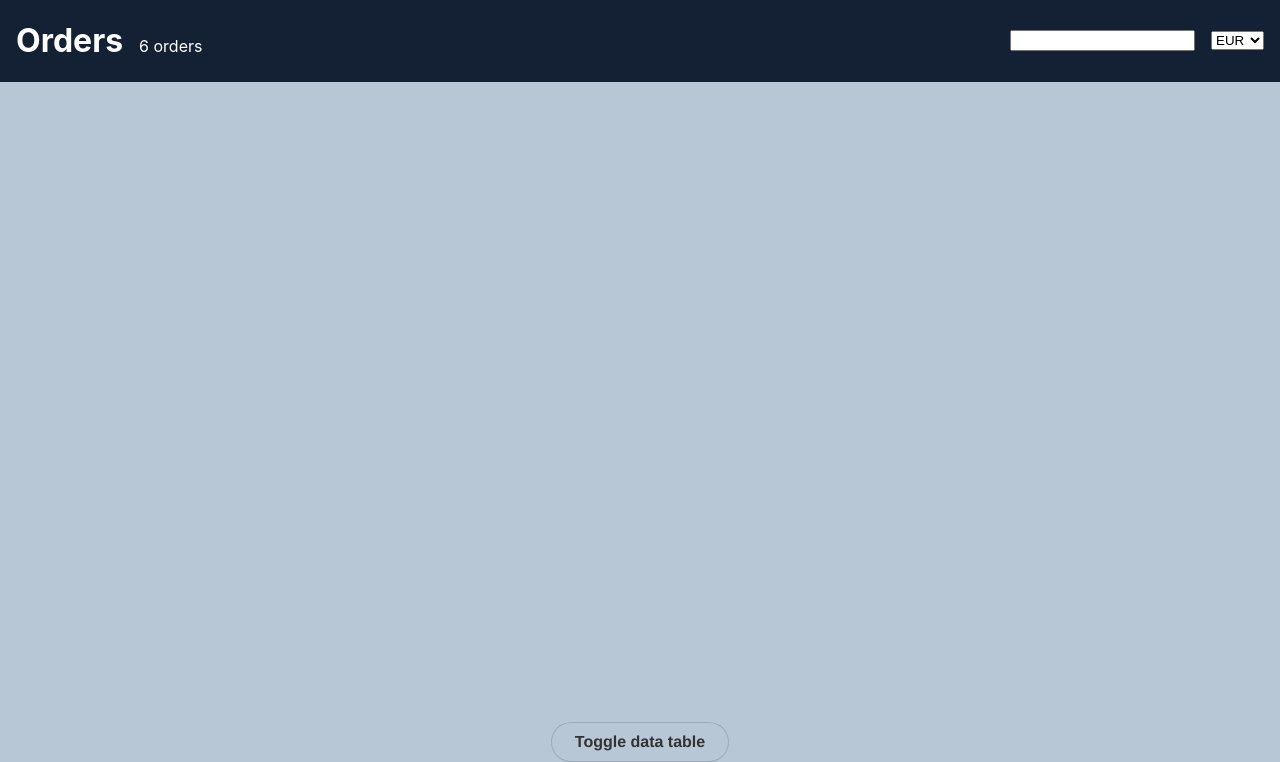
Repository: PreetiToppo/Assignment_Question_1
Page: /
The author's editor kept a copy of each file at every save. The page is drawn from the files as they stood at one save, then again after the next save.
The browser window is 1280 px wide. The pictures show the whole page.
The project was rebuilt for these pictures with package versions that can differ from the ones it lists, and the page was loaded fresh each time. Also part of the build but not shown: src/component/list/ListRow.module.css, src/component/list/ListRow.jsx, src/component/list/ListRowCell.module.css, src/component/list/ListRowCell.jsx, src/component/list/ListHeader.jsx, src/component/list/ListHeaderCell.module.css, src/component/list/ListHeaderCell.jsx, src/component/list/List.module.css and 3 more.

Above is the page before, as saved 2023-08-06 14:51:46.

### src/pages/Dashboard.jsx
import { useState } from "react";

// Data
import mockData from "../assets/data.json";
import timestamps from "../assets/timeStamps.json";

// Components
import Dropdown from "../component/dropdown/Dropdown";
import HeaderTitle from "../component/header-title/HeaderTitle";
import Search from "../component/search/Search";
import List from "../component/list/List";
import StoryBookButton from "../stories/Button";

// Styles
import styles from "./Dashboard.module.css";
import Card from "../component/card/Card";

const Dashboard = () => {
  const [currency, setCurrency] = useState("EUR");
  const [searchText, setSearchText] = useState("");
  const [selectedOrder, setSelectedOrder] = useState(null);
  const [selectedOrderDetails, setSelectedOrderDetails] = useState({});
  const [selectedOrderTimeStamps, setSelectedOrderTimeStamps] = useState({});
  const [showPage, setShowPage] = useState(false);

  const mergedData = mockData.results.map((order, index) => {
    const timestampsData = timestamps.results[index]?.timestamps;
    if (timestampsData) {
      return { ...order, timestamps: timestampsData };
    }
    return order;
  });

  const handleClick = (order) => {
    setSelectedOrder(order);
    setSelectedOrderDetails({
      buySellIndicator: order.executionDetails.buySellIndicator,
      orderStatus: order.executionDetails.orderStatus,
      orderType: order.executionDetails.orderType,
    });

    setSelectedOrderTimeStamps({
      orderReceived: order.timestamps.orderReceived,
      orderStatusUpdated: order.timestamps.orderStatusUpdated,
      orderSubmitted: order.timestamps.orderSubmitted,
    });
  };

  const messageComponent = () => {
    setShowPage(!showPage);
  };

  return (
    <div>
      <div className={styles.header}>
        <HeaderTitle
          primaryTitle="Orders"
          secondaryTitle={`${mockData.results.length}
          orders`}
        />
        <div className={styles.actionBox}>
          <Search
            value={searchText}
            onChange={(e) => setSearchText(e.target.value)}
          />
          <Dropdown
            options={[
              "GBP",
              "USD",
              "JPY",
              "EUR",
              "AUD",
              "BGN",
              "BRL",
              "CAD",
              "CHF",
              "CNY",
              "DKK",
              "HKD",
              "HRK",
              "HUF",
              "IDR",
              "ILS",
              "KRW",
              "MXN",
              "MYR",
              "NOL",
              "NZD",
              "PHP",
              "PLN",
              "RON",
              "SEK",
              "SGD",
              "THB",
              "TRY",
              "ZAR",
            ]}
            onChange={(e) => setCurrency(e.target.value)}
            selectedItem={currency}
          />
        </div>
      </div>
      {showPage ? (
        <div className={styles.content}>
          <div className={styles.section}>
            {selectedOrder && (
              <>
                <Card
                  cardData={selectedOrderDetails}
                  title="Selected Order Details"
                />
                <Card
                  cardData={selectedOrderTimeStamps}
                  title="Selected Order Timestamps"
                />
              </>
            )}
          </div>
          <List
            rows={mergedData}
            currency={currency}
            search={searchText}
            onItemClick={handleClick}
          />
        </div>
      ) : (
        <div className={styles.toggleButton}>
          <StoryBookButton
            primary={false}
            size="large"
            label="Toggle data table"
            onClick={messageComponent}
          />
        </div>
      )}
    </div>
  );
};

export default Dashboard;

### src/assets/data.json
{
  "header": {
    "returnedHits": 6,
    "totalHits": 151839,
    "skippedHits": 0,
    "previousSearchBefore": null,
    "nextSearchAfter": "WzE2Njc1NzU1NjAwMDBd",
    "offset": null
  },
  "results": [
    {
      "&hash": "f29403974dbdc9ce054b879d572610359a9f3d2d2531df63df8233a2ea879c78",
      "&id": "SE|20221104|179|9:1:NEWO",
      "&key": "Order:SE|20221104|179|9:1:NEWO:1667901986951",
      "&model": "Order",
      "executionDetails": {
        "buySellIndicator": "BUYI",
        "orderStatus": "NEWO",
        "orderType": "Market"
      },
      "statsDetails": {
        "avgVsArrivalPrice": 0.0,
        "avgArrivalPrice": 0.0,
        "avgVsMktPrice": 0.0,
        "avgMktPrice": 0.0,
        "avgVsBidAskSpread": 0.0,
        "avgBidAskSpread": 0.0,
        "avgVsClosePrice": 0.0,
        "avgClosePrice": 0.0,
        "avgVsInternalTwap": 0.0,
        "avgInternalTwap": 0.0,
        "avgVsInternalVwap": 0.0,
        "avgInternalVwap": 0.0,
        "avgVsMidPrice": 0.0,
        "avgMidPrice": 0.0,
        "avgVsMovingVwap": 0.0,
        "avgMovingVwap": 0.0,
        "avgVsTouchPrice": 0.0,
        "avgTouchPrice": 0.0,
        "avgVsOpenPrice": 0.0,
        "avgOpenPrice": 0.0,
        "avgVsVwap": 0.0,
        "avgVwap": 0.0,
        "avgPrice": 91.369091993762,
        "tradedQuantity": 195875.0,
        "amends": 0,
        "fills": 1,
        "lifeCycle": 1,
        "lastFillTime": 1667575741000
      },
      "bestExecutionData": {
        "orderVolume": {
          "AUD": 27757268.61955961,
          "BGN": 35456642.91433263,
          "BRL": 90068357.36117567,
          "CAD": 24203990.159998715,
          "CHF": 17880604.819718923,
          "CNY": 128523532.2000561,
          "CZK": 442745747.64998025,
          "DKK": 134913994.73574597,
          "EUR": 18128971.732453536,
          "GBP": 15858861.892115705,
          "HKD": 140486840.6463022,
          "HRK": 136607240.69555715,
          "HUF": 7272437010.473736,
          "IDR": 280850585574.541,
          "ILS": 63569239.379848324,
          "INR": 1468809289.7633855,
          "JPY": 2632145405.834929,
          "KRW": 25338863790.45031,
          "MXN": 349183937.43596077,
          "MYR": 84974116.30435622,
          "NOK": 184949956.71731773,
          "NZD": 30400472.698151335,
          "PHP": 1045534057.7540603,
          "PLN": 84888910.13721369,
          "RON": 88637981.49148509,
          "SEK": 196768233.3897042,
          "SGD": 25182954.633551206,
          "THB": 669067830.7579302,
          "TRY": 333292080.815292,
          "USD": 17896920.89427813,
          "ZAR": 322664877.5857278
        }
      },
      "transactionDetails": {
        "buySellIndicator": "BUYI",
        "priceCurrency": "USD",
        "priceNotation": "MONE",
        "quantityCurrency": "USD",
        "quantityNotation": "UNIT",
        "tradingCapacity": "AOTC",
        "ultimateVenue": "XNGS",
        "venue": "XNGS"
      }
    },
    {
      "&hash": "f29403974dbdc9ce054b879d572610359a9f3d2d2531df63df8233a2ea879c78",
      "&id": "SE|20221104|180|9:1:NEWO",
      "&key": "Order:SE|20221104|180|9:1:NEWO:1667901986951",
      "&model": "Order",
      "executionDetails": {
        "buySellIndicator": "BUYI",
        "orderStatus": "NEWO",
        "orderType": "Market"
      },
      "statsDetails": {
        "avgVsArrivalPrice": 0.0,
        "avgArrivalPrice": 0.0,
        "avgVsMktPrice": 0.0,
        "avgMktPrice": 0.0,
        "avgVsBidAskSpread": 0.0,
        "avgBidAskSpread": 0.0,
        "avgVsClosePrice": 0.0,
        "avgClosePrice": 0.0,
        "avgVsInternalTwap": 0.0,
        "avgInternalTwap": 0.0,
        "avgVsInternalVwap": 0.0,
        "avgInternalVwap": 0.0,
        "avgVsMidPrice": 0.0,
        "avgMidPrice": 0.0,
        "avgVsMovingVwap": 0.0,
        "avgMovingVwap": 0.0,
        "avgVsTouchPrice": 0.0,
        "avgTouchPrice": 0.0,
        "avgVsOpenPrice": 0.0,
        "avgOpenPrice": 0.0,
        "avgVsVwap": 0.0,
        "avgVwap": 0.0,
        "avgPrice": 91.369091993762,
        "tradedQuantity": 195875.0,
        "amends": 0,
        "fills": 1,
        "lifeCycle": 1,
        "lastFillTime": 1667575741000
      },
      "bestExecutionData": {
        "orderVolume": {
          "AUD": 27757268.61955961,
          "BGN": 35456642.91433263,
          "BRL": 90068357.36117567,
          "CAD": 24203990.159998715,
          "CHF": 17880604.819718923,
          "CNY": 128523532.2000561,
          "CZK": 442745747.64998025,
          "DKK": 134913994.73574597,
          "EUR": 18128971.732453536,
          "GBP": 15858861.892115705,
          "HKD": 140486840.6463022,
          "HRK": 136607240.69555715,
          "HUF": 7272437010.473736,
          "IDR": 280850585574.541,
          "ILS": 63569239.379848324,
          "INR": 1468809289.7633855,
          "JPY": 2632145405.834929,
          "KRW": 25338863790.45031,
          "MXN": 349183937.43596077,
          "MYR": 84974116.30435622,
          "NOK": 184949956.71731773,
          "NZD": 30400472.698151335,
          "PHP": 1045534057.7540603,
          "PLN": 84888910.13721369,
          "RON": 88637981.49148509,
          "SEK": 196768233.3897042,
          "SGD": 25182954.633551206,
          "THB": 669067830.7579302,
          "TRY": 333292080.815292,
          "USD": 17896920.89427813,
          "ZAR": 322664877.5857278
        }
      },
      "transactionDetails": {
        "buySellIndicator": "BUYI",
        "priceCurrency": "USD",
        "priceNotation": "MONE",
        "quantityCurrency": "USD",
        "quantityNotation": "UNIT",
        "tradingCapacity": "AOTC",
        "ultimateVenue": "XNGS",
        "venue": "XNGS"
      }
    },
    {
      "&hash": "f29403974dbdc9ce054b879d572610359a9f3d2d2531df63df8233a2ea879c78",
      "&id": "SE|20221104|181|9:1:NEWO",
      "&key": "Order:SE|20221104|181|9:1:NEWO:1667901986951",
      "&model": "Order",
      "executionDetails": {
        "buySellIndicator": "BUYI",
        "orderStatus": "NEWO",
        "orderType": "Market"
      },
      "statsDetails": {
        "avgVsArrivalPrice": 0.0,
        "avgArrivalPrice": 0.0,
        "avgVsMktPrice": 0.0,
        "avgMktPrice": 0.0,
        "avgVsBidAskSpread": 0.0,
        "avgBidAskSpread": 0.0,
        "avgVsClosePrice": 0.0,
        "avgClosePrice": 0.0,
        "avgVsInternalTwap": 0.0,
        "avgInternalTwap": 0.0,
        "avgVsInternalVwap": 0.0,
        "avgInternalVwap": 0.0,
        "avgVsMidPrice": 0.0,
        "avgMidPrice": 0.0,
        "avgVsMovingVwap": 0.0,
        "avgMovingVwap": 0.0,
        "avgVsTouchPrice": 0.0,
        "avgTouchPrice": 0.0,
        "avgVsOpenPrice": 0.0,
        "avgOpenPrice": 0.0,
        "avgVsVwap": 0.0,
        "avgVwap": 0.0,
        "avgPrice": 91.369091993762,
        "tradedQuantity": 195875.0,
        "amends": 0,
        "fills": 1,
        "lifeCycle": 1,
        "lastFillTime": 1667575741000
      },
      "bestExecutionData": {
        "orderVolume": {
          "AUD": 27757268.61955961,
          "BGN": 35456642.91433263,
          "BRL": 90068357.36117567,
          "CAD": 24203990.159998715,
          "CHF": 17880604.819718923,
          "CNY": 128523532.2000561,
          "CZK": 442745747.64998025,
          "DKK": 134913994.73574597,
          "EUR": 18128971.732453536,
          "GBP": 15858861.892115705,
          "HKD": 140486840.6463022,
          "HRK": 136607240.69555715,
          "HUF": 7272437010.473736,
          "IDR": 280850585574.541,
          "ILS": 63569239.379848324,
          "INR": 1468809289.7633855,
          "JPY": 2632145405.834929,
          "KRW": 25338863790.45031,
          "MXN": 349183937.43596077,
          "MYR": 84974116.30435622,
          "NOK": 184949956.71731773,
          "NZD": 30400472.698151335,
          "PHP": 1045534057.7540603,
          "PLN": 84888910.13721369,
          "RON": 88637981.49148509,
          "SEK": 196768233.3897042,
          "SGD": 25182954.633551206,
          "THB": 669067830.7579302,
          "TRY": 333292080.815292,
          "USD": 17896920.89427813,
          "ZAR": 322664877.5857278
        }
      },
      "transactionDetails": {
        "buySellIndicator": "BUYI",
        "priceCurrency": "USD",
        "priceNotation": "MONE",
        "quantityCurrency": "USD",
        "quantityNotation": "UNIT",
        "tradingCapacity": "AOTC",
        "ultimateVenue": "XNGS",
        "venue": "XNGS"
      }
    },
    {
      "&hash": "f29403974dbdc9ce054b879d572610359a9f3d2d2531df63df8233a2ea879c78",
      "&id": "SE|20221104|182|9:1:NEWO",
      "&key": "Order:SE|20221104|182|9:1:NEWO:1667901986951",
      "&model": "Order",
      "executionDetails": {
        "buySellIndicator": "BUYI",
        "orderStatus": "NEWO",
        "orderType": "Market"
      },
      "statsDetails": {
        "avgVsArrivalPrice": 0.0,
        "avgArrivalPrice": 0.0,
        "avgVsMktPrice": 0.0,
        "avgMktPrice": 0.0,
        "avgVsBidAskSpread": 0.0,
        "avgBidAskSpread": 0.0,
        "avgVsClosePrice": 0.0,
        "avgClosePrice": 0.0,
        "avgVsInternalTwap": 0.0,
        "avgInternalTwap": 0.0,
        "avgVsInternalVwap": 0.0,
        "avgInternalVwap": 0.0,
        "avgVsMidPrice": 0.0,
        "avgMidPrice": 0.0,
        "avgVsMovingVwap": 0.0,
        "avgMovingVwap": 0.0,
        "avgVsTouchPrice": 0.0,
        "avgTouchPrice": 0.0,
        "avgVsOpenPrice": 0.0,
        "avgOpenPrice": 0.0,
        "avgVsVwap": 0.0,
        "avgVwap": 0.0,
        "avgPrice": 91.369091993762,
        "tradedQuantity": 195875.0,
        "amends": 0,
        "fills": 1,
        "lifeCycle": 1,
        "lastFillTime": 1667575741000
      },
      "bestExecutionData": {
        "orderVolume": {
          "AUD": 27757268.61955961,
          "BGN": 35456642.91433263,
          "BRL": 90068357.36117567,
          "CAD": 24203990.159998715,
          "CHF": 17880604.819718923,
          "CNY": 128523532.2000561,
          "CZK": 442745747.64998025,
          "DKK": 134913994.73574597,
          "EUR": 18128971.732453536,
          "GBP": 15858861.892115705,
          "HKD": 140486840.6463022,
          "HRK": 136607240.69555715,
          "HUF": 7272437010.473736,
          "IDR": 280850585574.541,
          "ILS": 63569239.379848324,
          "INR": 1468809289.7633855,
          "JPY": 2632145405.834929,
          "KRW": 25338863790.45031,
          "MXN": 349183937.43596077,
          "MYR": 84974116.30435622,
          "NOK": 184949956.71731773,
          "NZD": 30400472.698151335,
          "PHP": 1045534057.7540603,
          "PLN": 84888910.13721369,
          "RON": 88637981.49148509,
          "SEK": 196768233.3897042,
          "SGD": 25182954.633551206,
          "THB": 669067830.7579302,
          "TRY": 333292080.815292,
          "USD": 17896920.89427813,
          "ZAR": 322664877.5857278
        }
      },
      "transactionDetails": {
        "buySellIndicator": "BUYI",
        "priceCurrency": "USD",
        "priceNotation": "MONE",
        "quantityCurrency": "USD",
        "quantityNotation": "UNIT",
        "tradingCapacity": "AOTC",
        "ultimateVenue": "XNGS",
        "venue": "XNGS"
      }
    },
    {
      "&hash": "f29403974dbdc9ce054b879d572610359a9f3d2d2531df63df8233a2ea879c78",
      "&id": "SE|20221104|183|9:1:NEWO",
      "&key": "Order:SE|20221104|183|9:1:NEWO:1667901986951",
      "&model": "Order",
      "executionDetails": {
        "buySellIndicator": "BUYI",
        "orderStatus": "NEWO",
        "orderType": "Market"
      },
      "statsDetails": {
        "avgVsArrivalPrice": 0.0,
        "avgArrivalPrice": 0.0,
        "avgVsMktPrice": 0.0,
        "avgMktPrice": 0.0,
        "avgVsBidAskSpread": 0.0,
        "avgBidAskSpread": 0.0,
        "avgVsClosePrice": 0.0,
        "avgClosePrice": 0.0,
        "avgVsInternalTwap": 0.0,
        "avgInternalTwap": 0.0,
        "avgVsInternalVwap": 0.0,
        "avgInternalVwap": 0.0,
        "avgVsMidPrice": 0.0,
        "avgMidPrice": 0.0,
        "avgVsMovingVwap": 0.0,
        "avgMovingVwap": 0.0,
        "avgVsTouchPrice": 0.0,
        "avgTouchPrice": 0.0,
        "avgVsOpenPrice": 0.0,
        "avgOpenPrice": 0.0,
        "avgVsVwap": 0.0,
        "avgVwap": 0.0,
        "avgPrice": 91.369091993762,
        "tradedQuantity": 195875.0,
        "amends": 0,
        "fills": 1,
        "lifeCycle": 1,
        "lastFillTime": 1667575741000
      },
      "bestExecutionData": {
        "orderVolume": {
          "AUD": 27757268.61955961,
          "BGN": 35456642.91433263,
          "BRL": 90068357.36117567,
          "CAD": 24203990.159998715,
          "CHF": 17880604.819718923,
          "CNY": 128523532.2000561,
          "CZK": 442745747.64998025,
          "DKK": 134913994.73574597,
          "EUR": 18128971.732453536,
          "GBP": 15858861.892115705,
          "HKD": 140486840.6463022,
          "HRK": 136607240.69555715,
          "HUF": 7272437010.473736,
          "IDR": 280850585574.541,
          "ILS": 63569239.379848324,
          "INR": 1468809289.7633855,
          "JPY": 2632145405.834929,
          "KRW": 25338863790.45031,
          "MXN": 349183937.43596077,
          "MYR": 84974116.30435622,
          "NOK": 184949956.71731773,
          "NZD": 30400472.698151335,
          "PHP": 1045534057.7540603,
          "PLN": 84888910.13721369,
          "RON": 88637981.49148509,
          "SEK": 196768233.3897042,
          "SGD": 25182954.633551206,
          "THB": 669067830.7579302,
          "TRY": 333292080.815292,
          "USD": 17896920.89427813,
          "ZAR": 322664877.5857278
        }
      },
      "transactionDetails": {
        "buySellIndicator": "BUYI",
        "priceCurrency": "USD",
        "priceNotation": "MONE",
        "quantityCurrency": "USD",
        "quantityNotation": "UNIT",
        "tradingCapacity": "AOTC",
        "ultimateVenue": "XNGS",
        "venue": "XNGS"
      }
    },
    {
      "&hash": "f29403974dbdc9ce054b879d572610359a9f3d2d2531df63df8233a2ea879c78",
      "&id": "SE|202211454|184|9:1:NEWO",
      "&key": "Order:SE|20221104|184|9:1:NEWO:1667901986951",
      "&model": "Order",
      "executionDetails": {
        "buySellIndicator": "SELL",
        "orderStatus": "NEWO",
        "orderType": "Market"
      },
      "statsDetails": {
        "avgVsArrivalPrice": 0.0,
        "avgArrivalPrice": 0.0,
        "avgVsMktPrice": 0.0,
        "avgMktPrice": 0.0,
        "avgVsBidAskSpread": 0.0,
        "avgBidAskSpread": 0.0,
        "avgVsClosePrice": 0.0,
        "avgClosePrice": 0.0,
        "avgVsInternalTwap": 0.0,
        "avgInternalTwap": 0.0,
        "avgVsInternalVwap": 0.0,
        "avgInternalVwap": 0.0,
        "avgVsMidPrice": 0.0,
        "avgMidPrice": 0.0,
        "avgVsMovingVwap": 0.0,
        "avgMovingVwap": 0.0,
        "avgVsTouchPrice": 0.0,
        "avgTouchPrice": 0.0,
        "avgVsOpenPrice": 0.0,
        "avgOpenPrice": 0.0,
        "avgVsVwap": 0.0,
        "avgVwap": 0.0,
        "avgPrice": 91.369091993762,
        "tradedQuantity": 195875.0,
        "amends": 0,
        "fills": 1,
        "lifeCycle": 1,
        "lastFillTime": 1667575741000
      },
      "bestExecutionData": {
        "orderVolume": {
          "AUD": 27757268.61955961,
          "BGN": 35456642.91433263,
          "BRL": 90068357.36117567,
          "CAD": 24203990.159998715,
          "CHF": 17880604.819718923,
          "CNY": 128523532.2000561,
          "CZK": 442745747.64998025,
          "DKK": 134913994.73574597,
          "EUR": 18128971.732453536,
          "GBP": 15858861.892115705,
          "HKD": 140486840.6463022,
          "HRK": 136607240.69555715,
          "HUF": 7272437010.473736,
          "IDR": 280850585574.541,
          "ILS": 63569239.379848324,
          "INR": 1468809289.7633855,
          "JPY": 2632145405.834929,
          "KRW": 25338863790.45031,
          "MXN": 349183937.43596077,
          "MYR": 84974116.30435622,
          "NOK": 184949956.71731773,
          "NZD": 30400472.698151335,
          "PHP": 1045534057.7540603,
          "PLN": 84888910.13721369,
          "RON": 88637981.49148509,
          "SEK": 196768233.3897042,
          "SGD": 25182954.633551206,
          "THB": 669067830.7579302,
          "TRY": 333292080.815292,
          "USD": 17896920.89427813,
          "ZAR": 322664877.5857278
        }
      },
      "transactionDetails": {
        "buySellIndicator": "BUYI",
        "priceCurrency": "USD",
        "priceNotation": "MONE",
        "quantityCurrency": "USD",
        "quantityNotation": "UNIT",
        "tradingCapacity": "AOTC",
        "ultimateVenue": "XNGS",
        "venue": "XNGS"
      }
    }
  ]
}

### src/assets/timeStamps.json
{
  "results": [
    {
      "&id": "SE|20221104|179|9:1:NEWO",
      "timestamps": {
        "orderReceived": "2022-11-04T15:29:00Z",
        "orderStatusUpdated": "2022-11-04T15:29:00Z",
        "orderSubmitted": "2022-11-04T15:29:00Z"
      }
    },
    {
      "&id": "SE|20221104|180|9:1:NEWO",
      "timestamps": {
        "orderReceived": "2022-11-04T15:29:00Z",
        "orderStatusUpdated": "2022-11-04T15:29:00Z",
        "orderSubmitted": "2022-11-04T15:29:00Z"
      }
    },
    {
      "&id": "SE|20221104|181|9:1:NEWO",
      "timestamps": {
        "orderReceived": "2022-11-04T15:29:00Z",
        "orderStatusUpdated": "2022-11-04T15:29:00Z",
        "orderSubmitted": "2022-11-04T15:29:00Z"
      }
    },
    {
      "&id": "SE|20221104|182|9:1:NEWO",
      "timestamps": {
        "orderReceived": "2022-11-04T15:29:00Z",
        "orderStatusUpdated": "2022-11-04T15:29:00Z",
        "orderSubmitted": "2022-11-04T15:29:00Z"
      }
    },
    {
      "&id": "SE|20221104|183|9:1:NEWO",
      "timestamps": {
        "orderReceived": "2022-11-04T15:29:00Z",
        "orderStatusUpdated": "2022-11-04T15:29:00Z",
        "orderSubmitted": "2022-11-04T15:29:00Z"
      }
    },
    {
      "&id": "SE|202211454|184|9:1:NEWO",
      "timestamps": {
        "orderReceived": "2022-11-04T15:29:00Z",
        "orderStatusUpdated": "2022-11-04T15:29:00Z",
        "orderSubmitted": "2022-11-04T15:29:00Z"
      }
    }
  ]
}

### src/component/dropdown/Dropdown.jsx
const Dropdown = ({ options, onChange, selectedItem }) => {
  return (
    <select
      name="currency"
      id="currency"
      value={selectedItem}
      onChange={onChange}
    >
      {options.map((option) => (
        <option value={option} key={option}>
          {option}
        </option>
      ))}
    </select>
  );
};

export default Dropdown;

### src/component/search/Search.jsx
const Search = ({ searchText, onChange }) => {
  return <input type="text" value={searchText} onChange={onChange} />
}

export default Search

### src/stories/Button.jsx
import React from "react";
import PropTypes from "prop-types";
import "./button.css";

/**
 * Primary UI component for user interaction
 */
export const Button = ({ primary, backgroundColor, size, label, ...props }) => {
  const mode = primary
    ? "storybook-button--primary"
    : "storybook-button--secondary";
  return (
    <button
      type="button"
      className={["storybook-button", `storybook-button--${size}`, mode].join(
        " "
      )}
      style={backgroundColor && { backgroundColor }}
      {...props}
    >
      {label}
    </button>
  );
};

Button.propTypes = {
  /**
   * Is this the principal call to action on the page?
   */
  primary: PropTypes.bool,
  /**
   * What background color to use
   */
  backgroundColor: PropTypes.string,
  /**
   * How large should the button be?
   */
  size: PropTypes.oneOf(["small", "medium", "large"]),
  /**
   * Button contents
   */
  label: PropTypes.string.isRequired,
  /**
   * Optional click handler
   */
  onClick: PropTypes.func,
};

Button.defaultProps = {
  backgroundColor: null,
  primary: false,
  size: "medium",
  onClick: undefined,
};

export default Button;

### src/pages/Dashboard.module.css
.header {
  display: flex;
  padding: 0 1em;
  background-color: #142033;
  color: white;
  justify-content: space-between;
}

.actionBox {
  display: flex;
  justify-content: center;
  align-items: center;
  gap: 1em;
}

.content {
  display: flex;
  flex-direction: column;
  background-color: rgb(184, 199, 214);
  gap: 1em;
  margin: 1em;
}

.section {
  display: flex;
  flex-direction: row;
  gap: 1em;
}

.toggleButton {
  display: flex;
  margin-top: 50%;
  justify-content: center;
  align-items: center;
}

Loaded but not shown: public/index.html (common file); src/index.js (common file); src/App.js (common file); src/reportWebVitals.js (common file); src/index.css (common file); src/component/header-title/HeaderTitle.jsx (common file); src/component/header-title/HeaderTitle.module.css (common file); src/stories/button.css (common file)

After the next save:
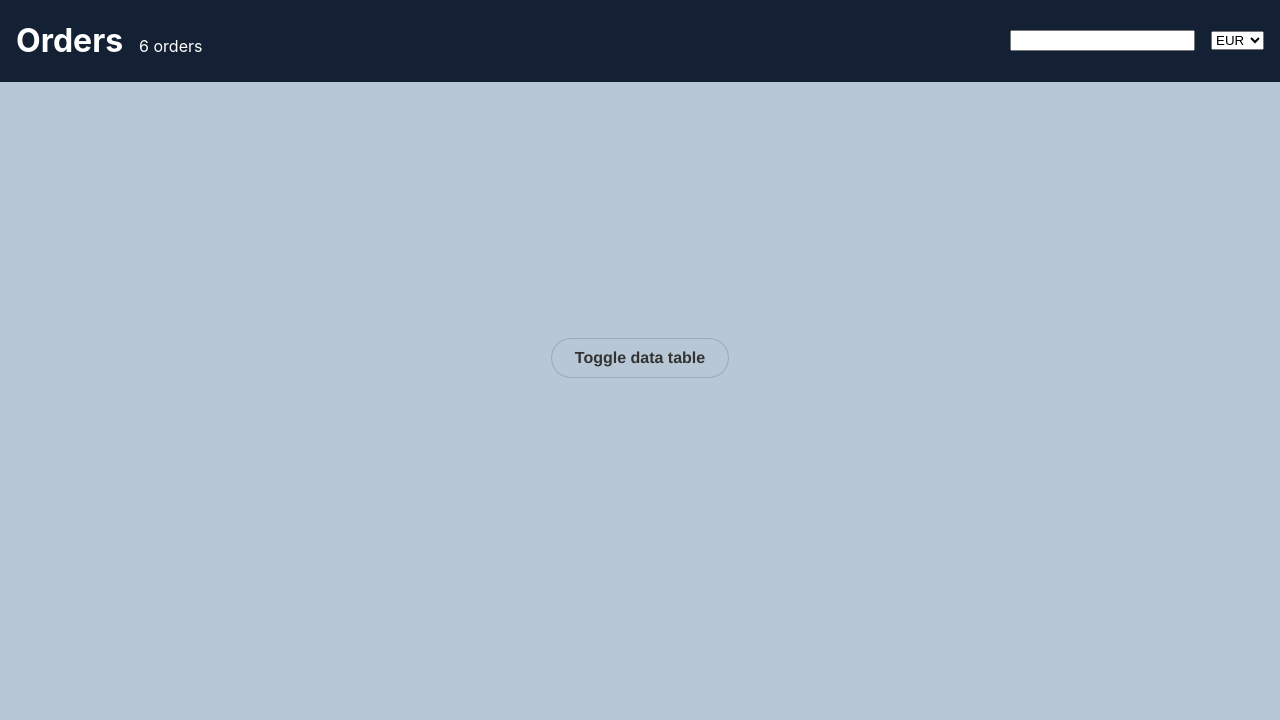
Saved 8 s later.
--- a/src/pages/Dashboard.module.css
+++ b/src/pages/Dashboard.module.css
@@ -29,7 +29,7 @@
 
 .toggleButton {
   display: flex;
-  margin-top: 50%;
+  margin-top: 20%;
   justify-content: center;
   align-items: center;
 }
